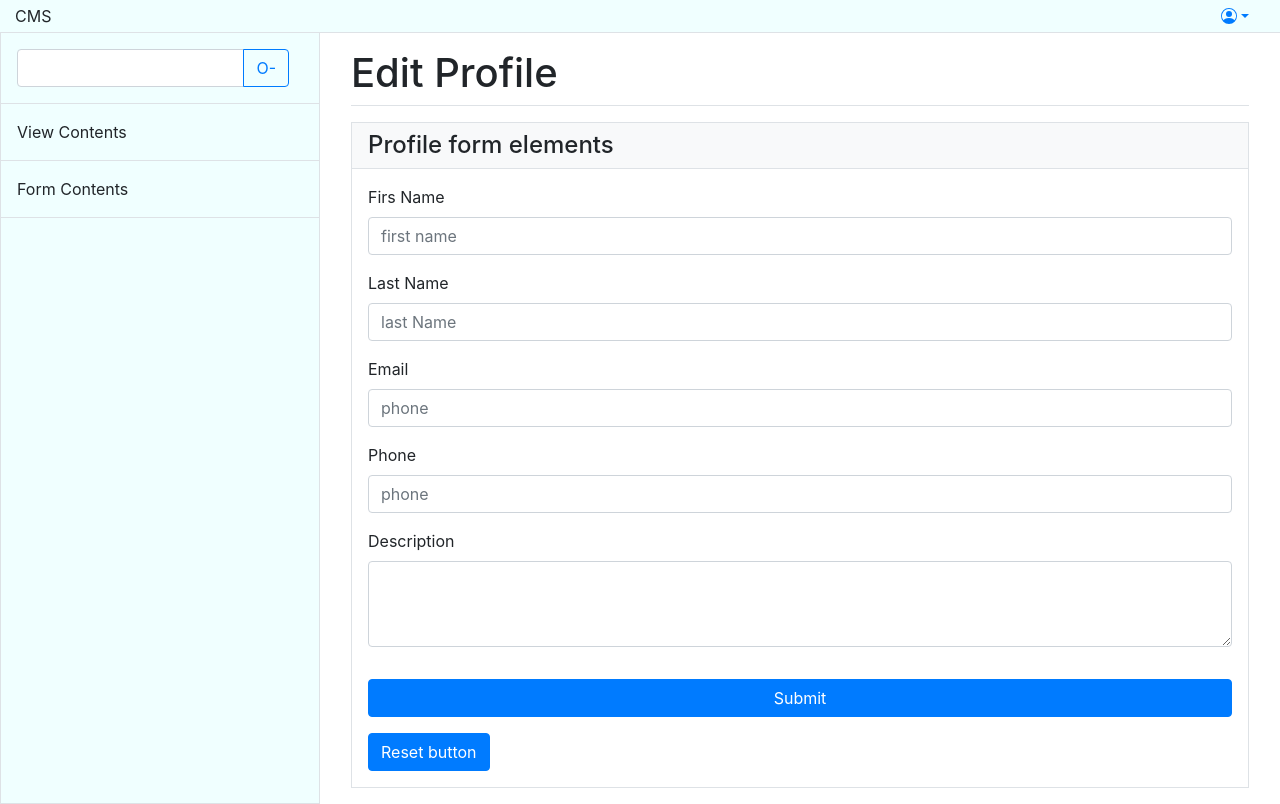
Repository: Thiuannh/springboot
Page: http://localhost/JACKMVC/WEB-INF/views/home.jsp
The author's editor kept a copy of each file at every save. The page is drawn from the files as they stood at one save, then again after the next save.
The browser window is 1280 px wide. The pictures show the whole page.
The page is served by Tomcat 9. Nobody is signed in. Other server files are loaded and not shown. The template is opened directly, without the code that normally fills it, so the values that code supplies are empty.

Above is the page before, as saved 2022-11-21 11:41:21.

### JACKMVC/src/main/webapp/WEB-INF/views/home.jsp
<%@ taglib uri="http://java.sun.com/jsp/jstl/core" prefix="c"%>
<%@ taglib prefix="form" uri="http://www.springframework.org/tags/form"%>
<%@ page session="false"%>
<html lang="en">
<head>
<title>Title</title>
<!-- Required meta tags -->
<meta charset="utf-8">
<meta name="viewport"
	content="width=device-width, initial-scale=1, shrink-to-fit=no">

<!-- Bootstrap CSS -->

<link rel="stylesheet"
	href="https://stackpath.bootstrapcdn.com/bootstrap/4.3.1/css/bootstrap.min.css"
	integrity="sha384-ggOyR0iXCbMQv3Xipma34MD+dH/1fQ784/j6cY/iJTQUOhcWr7x9JvoRxT2MZw1T"
	crossorigin="anonymous">
<link rel="stylesheet" href="./resources/assets/css/tyle.css">
</head>
<body>
	<div class="container-fluid">




		<div class="profile">
			<div class="row header">
				<div class="col-md-12">
					<div
						class="header d-flex justify-content-between align-items-center">
						<div>CMS</div>
						<div class="user">
							<div class="nav-item dropdown">
								<a class="nav-link dropdown-toggle d-flex align-items-center"
									data-toggle="dropdown" href="#" role="button"
									aria-haspopup="true" aria-expanded="false"> <svg
										xmlns="http://www.w3.org/2000/svg" width="16" height="16"
										fill="currentColor" class="bi bi-person-circle"
										viewBox="0 0 16 16">
                  <path d="M11 6a3 3 0 1 1-6 0 3 3 0 0 1 6 0z" />
                  <path fill-rule="evenodd"
											d="M0 8a8 8 0 1 1 16 0A8 8 0 0 1 0 8zm8-7a7 7 0 0 0-5.468 11.37C3.242 11.226 4.805 10 8 10s4.757 1.225 5.468 2.37A7 7 0 0 0 8 1z" />
                </svg>
								</a>
								<div class="dropdown-menu dropdown-menu-right">
									<a class="dropdown-item" href="#!">User Profile</a> <a
										class="dropdown-item" href="#!">Logout</a>
								</div>
							</div>
						</div>
					</div>
				</div>
			</div>
			<div class="row vh-100">
				<div class="col-md-3 sidebar border">
					<div class="row input-group py-3 pl-3">
						<input type="text" class="form-control" placeholder=""
							aria-label="" aria-describedby="basic-addon1">
						<div class="input-group-append">
							<button type="button" class="btn btn-outline-primary">
								O-</button>
						</div>
					</div>
					<div class="row view-contents py-3 pl-3 border-bottom border-top">
						View Contents</div>
					<div class="row form-contents py-3 pl-3 border-bottom">Form
						Contents</div>
				</div>
				<div class="col-md-9 page border-top">
					<div class="title m-3 border-bottom">
						<h1>Edit Profile</h1>
					</div>

					<div class="edit-form m-3 border">
						<h4 class="py-2 pl-3 border-bottom bg-light">Profile form
							elements</h4>

						<form:form class="mx-3 my-3" method="POST" action="./${userName}"
							modelAttribute="userDetails">
							<div class="form-group">
								<label for="firstName">Firs Name</label>
								<form:input type="text" class="form-control" id="firstName"
									placeholder="first name" path="firsName" />
							</div>

							<div class="form-group">
								<label for="lastName">Last Name</label>
								<form:input type="text" class="form-control" id="lastName"
									placeholder="last Name" path="lastName" />
								<span class="text-danger error"></span>
							</div>


							<div class="form-group">
								<label for="Email">Email</label>
								<form:input type="text" class="form-control" id="lastName"
									placeholder="phone" path="phone" />
								<span class="text-danger error"></span>

							</div>

							<div class="form-group">
								<label for="phone">Phone</label>
								<form:input type="text" class="form-control" id="lastName"
									placeholder="phone" path="phone" />
								<span class="text-danger error"></span>


							</div>
							<div class="form-group">
								<label for="exampleFormControlTextarea1">Description</label>
								<form:textarea class="form-control"
									id="exampleFormControlTextarea1" rows="3" path="description"></form:textarea>
							</div>

							<button type="submit" class="btn btn-primary w-100 my-3"
								id="login">Submit</button>

							<button type="buton" class="btn btn-primary">Reset
								button</button>
						</form:form>
					</div>


				</div>
			</div>
		</div>

		<!-- ... MAIN HERE ... -->










	</div>




	<!-- Optional JavaScript -->
	<!-- jQuery first, then Popper.js, then Bootstrap JS -->
	<script src="https://code.jquery.com/jquery-3.3.1.slim.min.js"
		integrity="sha384-q8i/X+965DzO0rT7abK41JStQIAqVgRVzpbzo5smXKp4YfRvH+8abtTE1Pi6jizo"
		crossorigin="anonymous"></script>
	<script
		src="https://cdnjs.cloudflare.com/ajax/libs/popper.js/1.14.7/umd/popper.min.js"
		integrity="sha384-UO2eT0CpHqdSJQ6hJty5KVphtPhzWj9WO1clHTMGa3JDZwrnQq4sF86dIHNDz0W1"
		crossorigin="anonymous"></script>
	<script
		src="https://stackpath.bootstrapcdn.com/bootstrap/4.3.1/js/bootstrap.min.js"
		integrity="sha384-JjSmVgyd0p3pXB1rRibZUAYoIIy6OrQ6VrjIEaFf/nJGzIxFDsf4x0xIM+B07jRM"
		crossorigin="anonymous"></script>
	<script
		src="https://ajax.googleapis.com/ajax/libs/jquery/3.6.1/jquery.min.js"></script>
</body>

</html>

### JACKMVC/src/main/webapp/resources/css/tyle.css

.form-login {
    background-color:aliceblue;
    border: solid 1px burlywood;

}

.title {
    background-color: white;
}

.content {
  margin-top: 200px;
}

.header {
  background-color: azure;}


.sidebar {
  background-color: azure;
}

.form-contents:hover, .view-contents:hover {
  background-color: aquamarine;
}

After the next save:
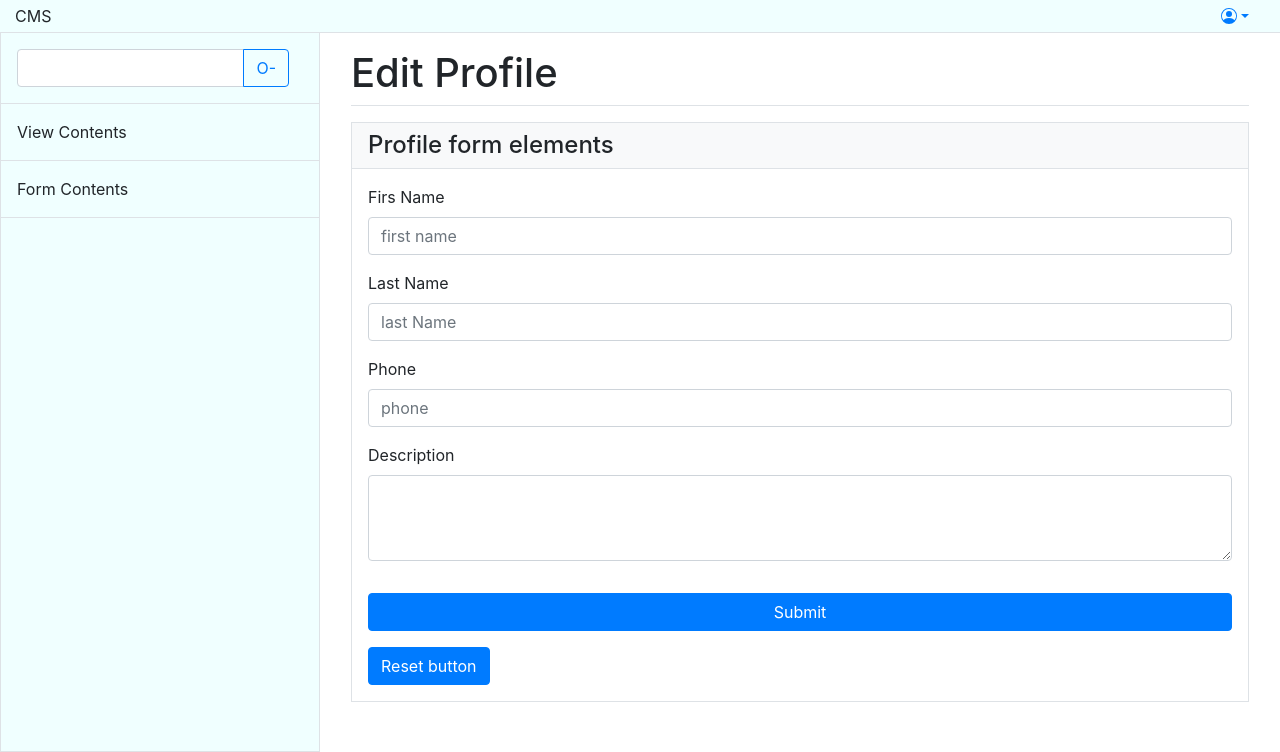
Saved 3 min 43 s later.
--- a/JACKMVC/src/main/webapp/WEB-INF/views/home.jsp
+++ b/JACKMVC/src/main/webapp/WEB-INF/views/home.jsp
@@ -90,15 +90,6 @@
 								<span class="text-danger error"></span>
 							</div>
 
-
-							<div class="form-group">
-								<label for="Email">Email</label>
-								<form:input type="text" class="form-control" id="lastName"
-									placeholder="phone" path="phone" />
-								<span class="text-danger error"></span>
-
-							</div>
-
 							<div class="form-group">
 								<label for="phone">Phone</label>
 								<form:input type="text" class="form-control" id="lastName"
